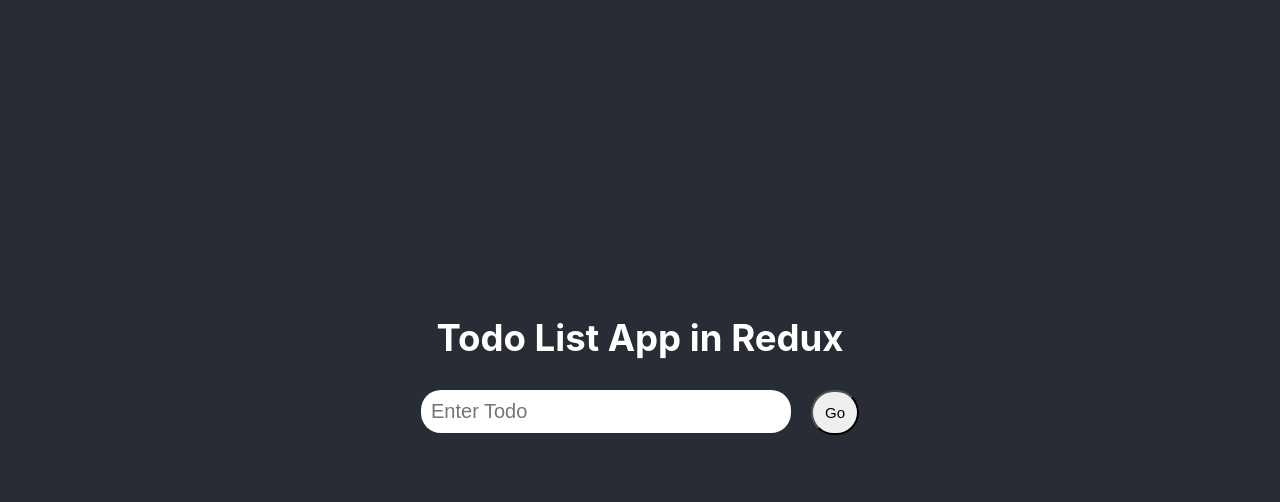
Repository: mahsa199170/React-Redux-Projects
Page: / (app in redux-todo-list/)
An editor plug-in stored every save of this project. The page is shown before and after a run of saves, followed by the edit.
The browser window is 1280 px wide. The pictures show the whole page.
The project was rebuilt for these pictures with package versions that can differ from the ones it lists, and the page was loaded fresh each time. Also part of the build but not shown: redux-todo-list/src/components/Count.js.

Above is the page before, as saved 2024-10-24 18:01:47.

### redux-todo-list/src/index.js
import React from 'react';
import ReactDOM from 'react-dom/client';
import './index.css';
import App from './App';
import { store } from './store';
import { Provider } from 'react-redux';

const root = ReactDOM.createRoot(document.getElementById('root'));
root.render(
  <React.StrictMode>
    <Provider store={store}>
      <App />
    </Provider>
  </React.StrictMode>
);

### redux-todo-list/src/App.js
import './App.css';

import React from 'react';
import Count from './components/Count';
import Todo from './components/todo/Todo';

const App = () => {
  return (
    <div className="App">
      <header className="App-header">
        <Todo />
        {/* <Count /> */}
      </header>
    </div>
  );
};

export default App;

### redux-todo-list/src/store.js
import { createStore, combineReducers, applyMiddleware } from 'redux';
import { thunk } from 'redux-thunk';
import { composeWithDevTools } from 'redux-devtools-extension';
// import { TodoReducer } from './reducer/TodoReducer';
import countReducer from './slice/countSlice';
import todoReducer from './slice/todoSlice';

const reducer = combineReducers({
  todo: todoReducer,
  counter: countReducer,
});

const initialState = {};

const middleWare = [thunk];

export const store = createStore(
  reducer,
  initialState,
  composeWithDevTools(applyMiddleware(...middleWare))
);

### redux-todo-list/src/App.css
.App {
  text-align: center;
}

.App-header {
  background-color: #282c34;
  min-height: 100vh;
  display: flex;
  flex-direction: column;
  align-items: center;
  justify-content: center;
  font-size: calc(10px + 2vmin);
  color: white;
}

.allTodos {
  list-style: none;
  margin: 0;
  padding: 0;
}

.singleTodo {
  border-radius: 50px;
  margin: 10px 0;
  background-color: #5dadf8;
  padding: 10px 20px;
  display: flex;
  width: 450px;
  align-items: center;
}

.todoText {
  text-align: start;
  flex: 1;
}

### redux-todo-list/src/components/todo/Todo.js
import React from 'react';
import { useDispatch, useSelector } from 'react-redux';
import { ADD_TODO, selectTodo } from '../../slice/todoSlice';

const Todo = () => {
  const todo = useSelector(selectTodo);
  const dispatch = useDispatch();

  const handleInput = (e) => {
    dispatch(ADD_TODO(e.target.value));
  };

  return (
    <>
      <h2>Todo List App in Redux</h2>
      {/* {todo.map((t) => {
        return <h1>t</h1>;
      })} */}
      {todo}
      <form>
        <input
          type="text"
          placeholder="Enter Todo"
          style={{
            width: 350,
            padding: 10,
            borderRadius: 20,
            border: 'none',
            fontSize: 20,
          }}
          onChange={(e) => handleInput(e)}
        />
        <button
          type="submit"
          style={{
            padding: 12,
            borderRadius: 25,

            fontSize: 15,
            marginLeft: 20,
          }}
        >
          Go
        </button>
      </form>
      {/* <ul className="allTodos">
        <li className="singleTodo">
          <span className="todoText">First Todo</span>
          <button
            style={{
              padding: 10,
              borderRadius: 25,
              border: '1px solid white',
              color: 'white',
              backgroundColor: 'orangered',
            }}
          >
            Delete
          </button>
        </li>
      </ul> */}
    </>
  );
};

export default Todo;

### redux-todo-list/src/slice/countSlice.js
import { createSlice } from '@reduxjs/toolkit';

const initialState = {
  count: 0,
};

const countSlice = createSlice({
  name: 'counter',
  initialState,
  reducers: {
    ADD_BY_ONE: (state, action) => {
      state.count += action.payload;
    },
    MINUS_ONE: (state, action) => {
      state.count -= 1;
    },
    RESET_NUMBER: (state, action) => {
      state.count = 0;
    },
  },
});

export const selectCount = (state) => state.counter.count;
export const { ADD_BY_ONE, MINUS_ONE, RESET_NUMBER } = countSlice.actions;

export default countSlice.reducer;

### redux-todo-list/src/slice/todoSlice.js
import { createSlice } from '@reduxjs/toolkit';

const initialState = {
  todo: [],
};

const todoSlice = createSlice({
  name: 'todo',
  initialState,
  reducers: {
    ADD_TODO: (state, action) => {
      state.todo.push(action.payload);
    },
  },
});

export const { ADD_TODO } = todoSlice.actions;
export const selectTodo = (state) => state.todo.todo;
export default todoSlice.reducer;

Loaded but not shown: redux-todo-list/public/index.html (common file); redux-todo-list/src/index.css (common file)

After the next 2 saves:
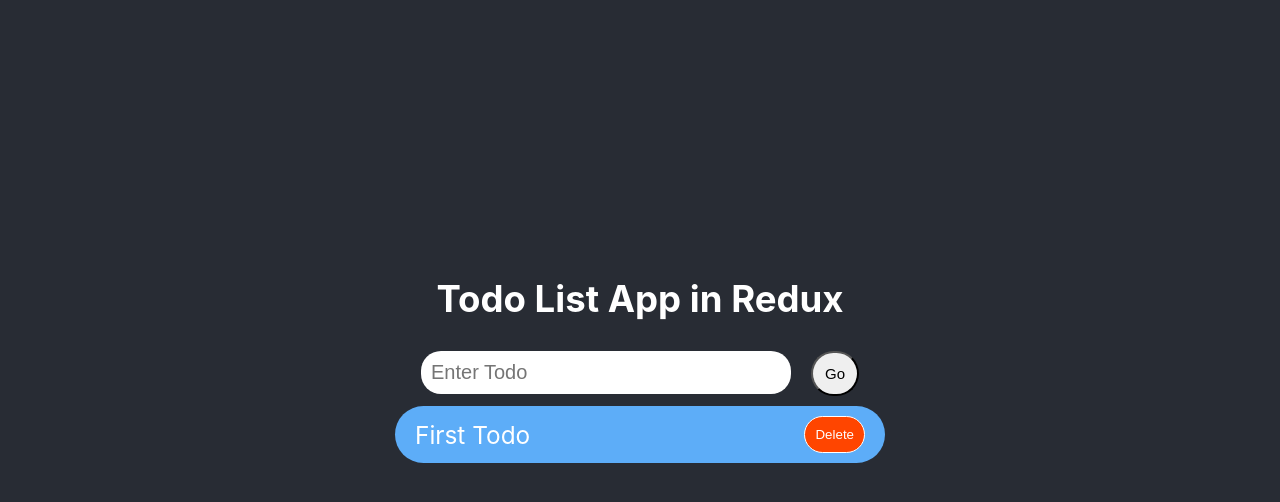
The 2 saves are shown as one change because 1 did not build or start.
The last was saved 39 s later.
--- a/redux-todo-list/src/components/todo/Todo.js
+++ b/redux-todo-list/src/components/todo/Todo.js
@@ -43,7 +43,7 @@
           Go
         </button>
       </form>
-      {/* <ul className="allTodos">
+      <ul className="allTodos">
         <li className="singleTodo">
           <span className="todoText">First Todo</span>
           <button
@@ -58,7 +58,7 @@
             Delete
           </button>
         </li>
-      </ul> */}
+      </ul>
     </>
   );
 };

After the save that followed:
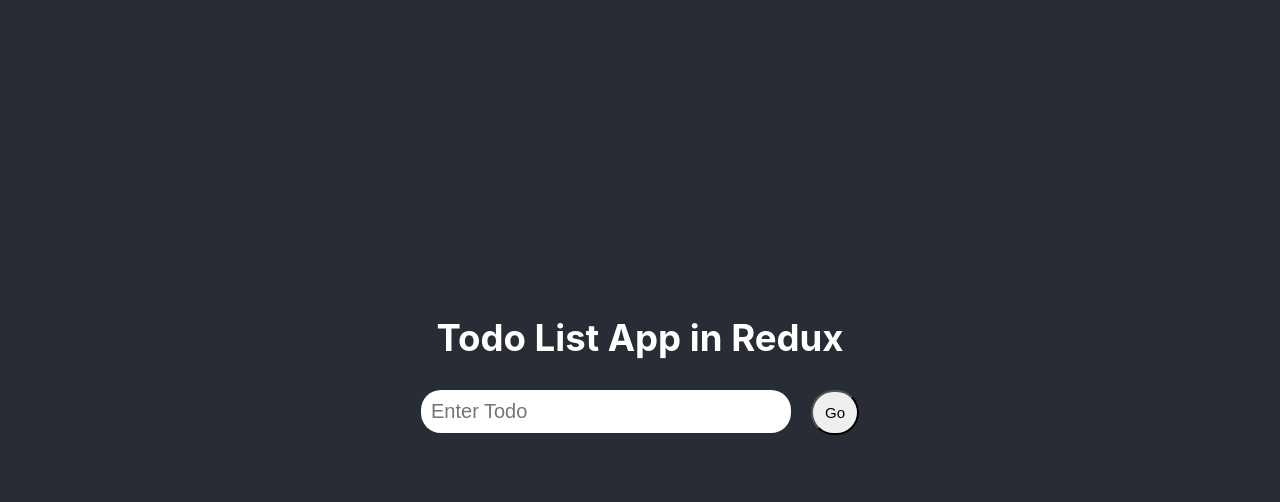
Saved 41 s later.
--- a/redux-todo-list/src/components/todo/Todo.js
+++ b/redux-todo-list/src/components/todo/Todo.js
@@ -44,20 +44,24 @@
         </button>
       </form>
       <ul className="allTodos">
-        <li className="singleTodo">
-          <span className="todoText">First Todo</span>
-          <button
-            style={{
-              padding: 10,
-              borderRadius: 25,
-              border: '1px solid white',
-              color: 'white',
-              backgroundColor: 'orangered',
-            }}
-          >
-            Delete
-          </button>
-        </li>
+        {todo.map((t) => {
+          return (
+            <li className="singleTodo">
+              <span className="todoText">First Todo</span>
+              <button
+                style={{
+                  padding: 10,
+                  borderRadius: 25,
+                  border: '1px solid white',
+                  color: 'white',
+                  backgroundColor: 'orangered',
+                }}
+              >
+                Delete
+              </button>
+            </li>
+          );
+        })}
       </ul>
     </>
   );
